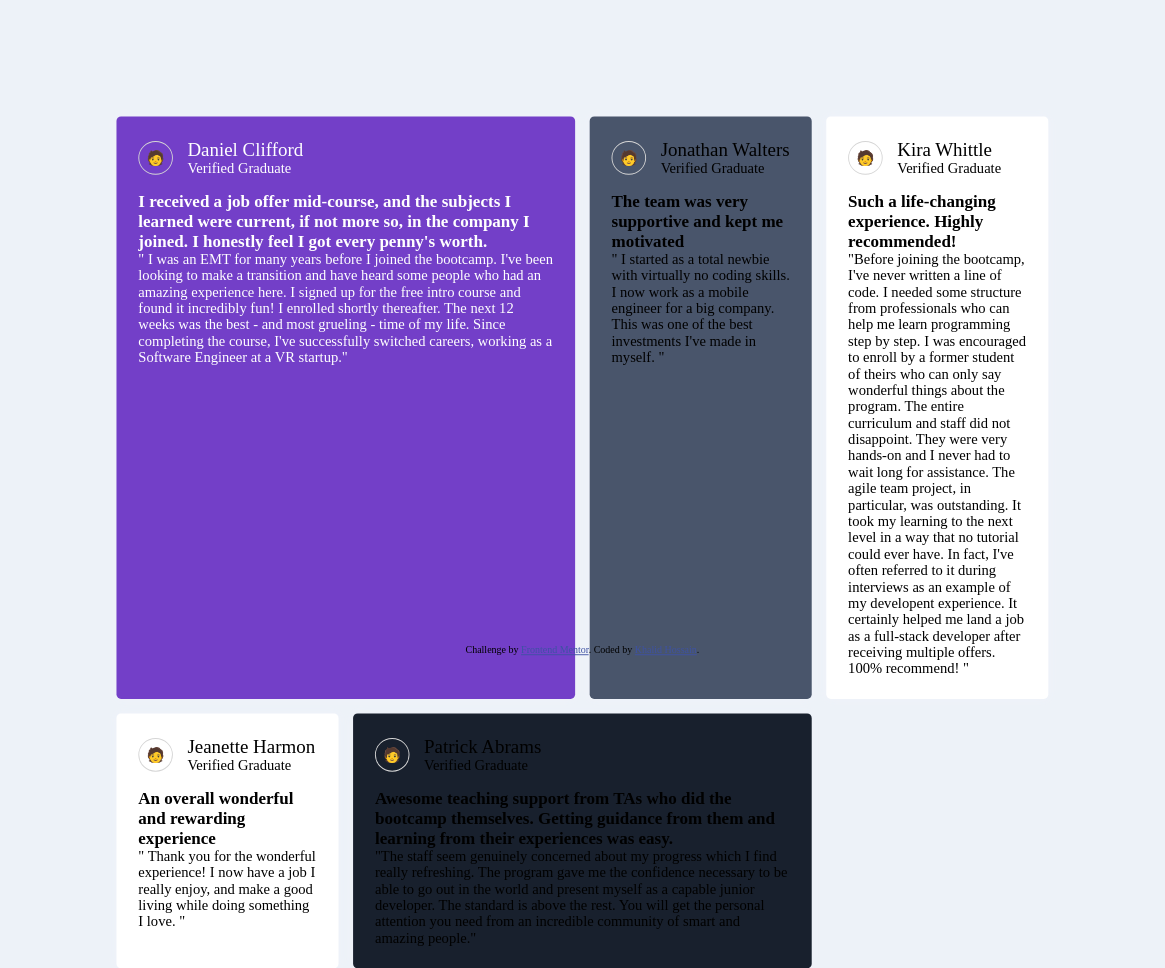
Repository: badhon252/Testimonials-Grid-Section
Page: index.html
The author's editor kept a copy of each file at every save. The page is drawn from the files as they stood at one save, then again after the next save.
The browser window is 1280 px wide. The pictures show the whole page, at 91% of full size.

Above is the page before, as saved 2023-02-18 16:48:02.

After the next save:
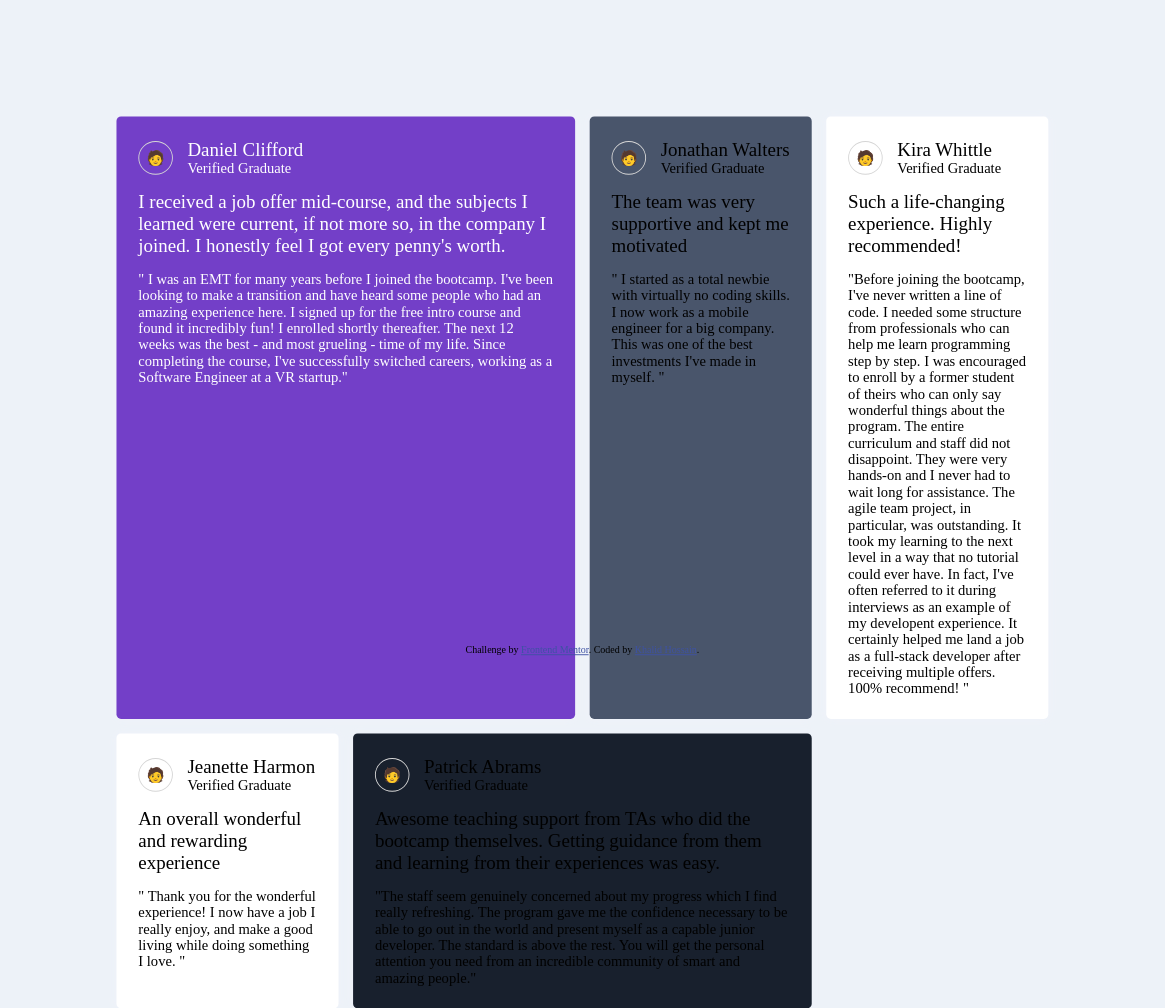
Saved 30 s later.
--- a/css/style.css
+++ b/css/style.css
@@ -12,6 +12,12 @@ body {
 .name {
     font-size: 1.3em;
     font-weight: 400;
+}
+
+h3 {
+    font-size: 1.3em;
+    font-weight: 400;
+    margin-bottom: 1rem;
 }
 
 .container {
